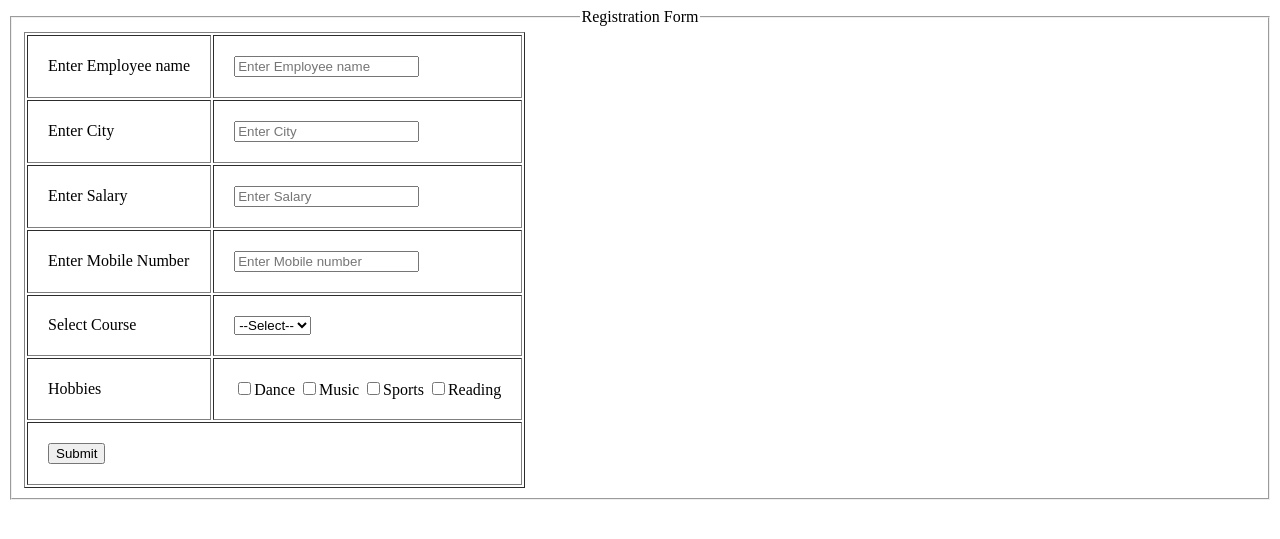
Repository: bigee1397/22-3-2024
Page: http://localhost/RDDemo/
An editor plug-in stored every save of this project. The page is shown before and after the next save, followed by the edit.
The browser window is 1280 px wide. The pictures show the whole page.
The page is served by Tomcat 9. Other server files are loaded and not shown.

Above is the page before, as saved 2024-03-15 05:03:32.

### jspandservlets/RDDemo/src/main/webapp/index.jsp
<%@ page language="java" contentType="text/html; charset=ISO-8859-1"
    pageEncoding="ISO-8859-1" %>
<!DOCTYPE html>
<html>
<head>
<meta charset="ISO-8859-1">
<title>Insert title here</title>
<style>
	td{
		padding:20px;
	}
</style>
</head>
<body>
	<fieldset>
		<legend align="center">Registration Form</legend>
		<form action="registerServlet" method="post">
			<table align="left" border="1">
				<tr>
					<td>Enter Employee name</td>
					<td><input type="text" name="employeeName" placeholder="Enter Employee name" /> </td>
				</tr>
				<tr>
					<td>Enter City</td>
					<td><input type="text" name="city" placeholder="Enter City" /> </td>
				</tr>
				<tr>
					<td>Enter Salary</td>
					<td><input type="number" name="salary" placeholder="Enter Salary" /> </td>
				</tr>
				<tr>
					<td>Enter Mobile Number</td>
					<td><input type="tel" name="mobile" placeholder="Enter Mobile number" /> </td>
				</tr>
				<tr>
					<td>Select Course</td>
					<td>
						<select name="course">
				            <option>--Select--</option>
				            <option value="Java">Java</option>
				            <option value="Spring">Spring</option>
				            <option value="Angular">Angular</option>
				            <option value="Node">Node</option>
			        	</select>
			        </td>
				</tr>
				<tr>
					<td>Hobbies</td>
					<td>
						<input type="checkbox" name="hobby" value="dance">Dance
				        <input type="checkbox" name="hobby" value="music">Music
				        <input type="checkbox" name="hobby" value="sports">Sports
				        <input type="checkbox" name="hobby" value="reading">Reading
			        </td>
				</tr>
				<tr>
					<td colspan=2><input type="submit" value="Submit"></td>
				</tr>

			</table>
		</form>
	</fieldset>
</body>
</html>

After the next save:
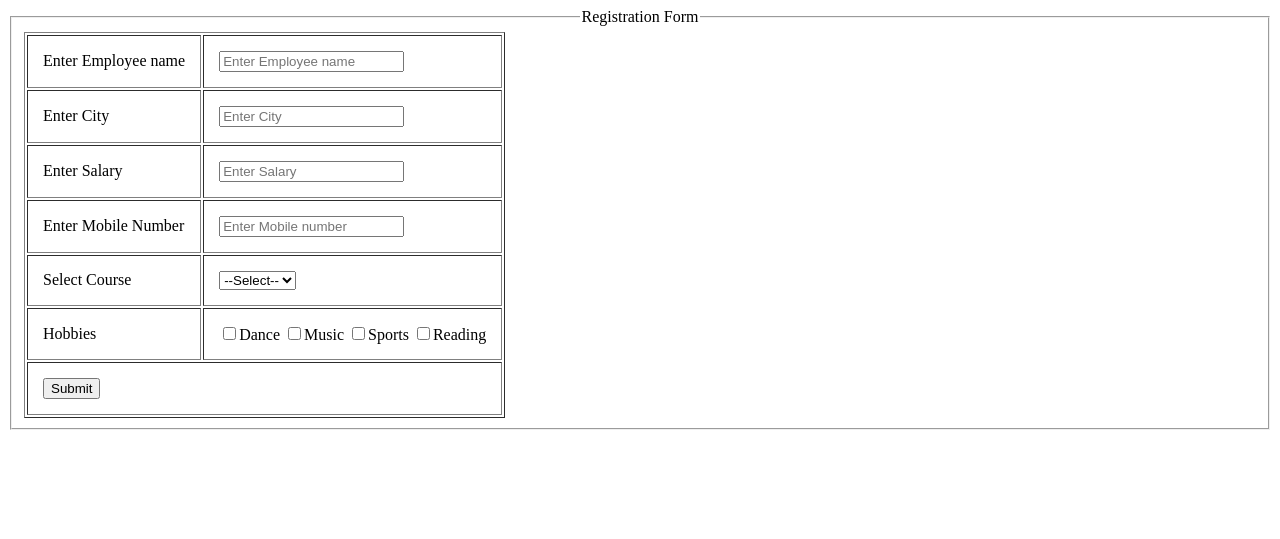
Saved 12 s later.
--- a/jspandservlets/RDDemo/src/main/webapp/index.jsp
+++ b/jspandservlets/RDDemo/src/main/webapp/index.jsp
@@ -7,7 +7,7 @@
 <title>Insert title here</title>
 <style>
 	td{
-		padding:20px;
+		padding:15px;
 	}
 </style>
 </head>
